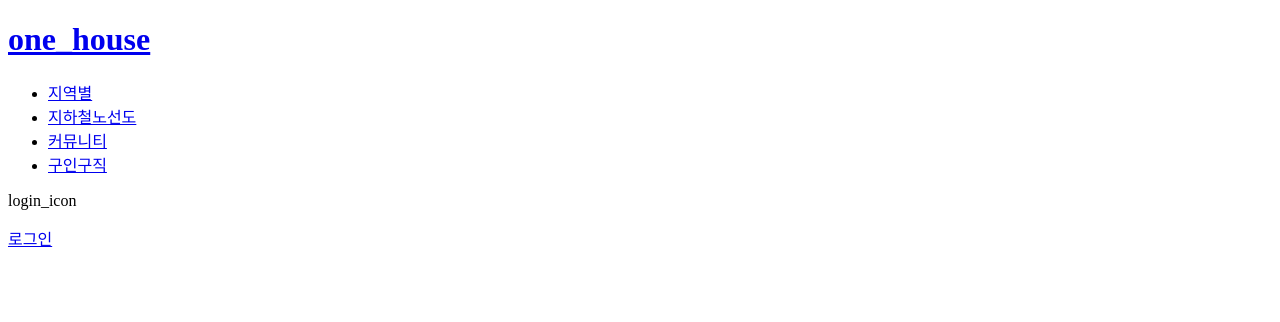
Repository: nayeon-3/one_house
Page: one_house/public/main/main.html
The author's editor kept a copy of each file at every save. The page is drawn from the files as they stood at one save, then again after the next save.
The browser window is 1280 px wide. The pictures show the whole page.

Above is the page before, as saved 2025-02-10 08:08:43.

After the next save:
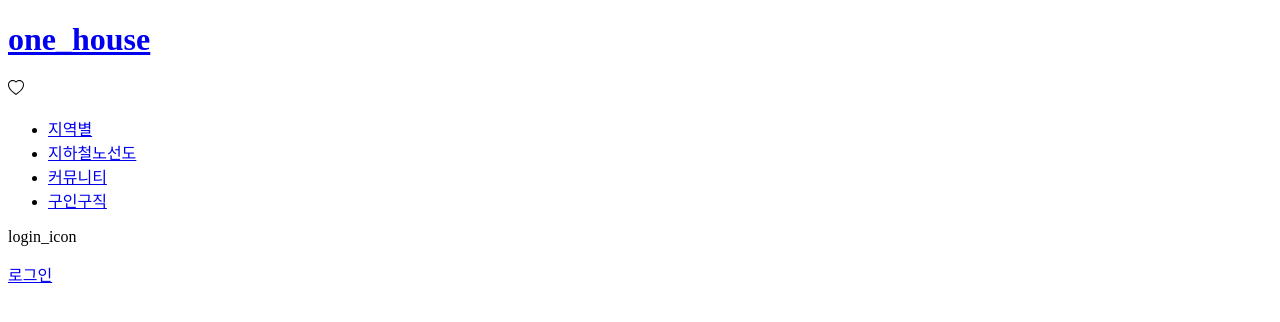
Saved 76 s later.
--- a/one_house/public/main/main.html
+++ b/one_house/public/main/main.html
@@ -7,11 +7,6 @@
 <link rel="stylesheet" href="main.css">
 <style type="text/css">
 /* Login 1 */
-
-
-<svg xmlns="http://www.w3.org/2000/svg" width="16" height="16" fill="currentColor" class="bi bi-heart" viewBox="0 0 16 16">
-  <path d="m8 2.748-.717-.737C5.6.281 2.514.878 1.4 3.053c-.523 1.023-.641 2.5.314 4.385.92 1.815 2.834 3.989 6.286 6.357 3.452-2.368 5.365-4.542 6.286-6.357.955-1.886.838-3.362.314-4.385C13.486.878 10.4.28 8.717 2.01zM8 15C-7.333 4.868 3.279-3.04 7.824 1.143q.09.083.176.171a3 3 0 0 1 .176-.17C12.72-3.042 23.333 4.867 8 15"/>
-</svg>
 
 
 
@@ -31,6 +26,9 @@
 			<div class="header_area box_inner clear">
 				<h1><a href="#">one_house</a></h1>      <!-- 로고: 왼쪽 배치 -->
 
+				<svg xmlns="http://www.w3.org/2000/svg" width="16" height="16" fill="currentColor" class="bi bi-heart" viewBox="0 0 16 16">
+  <path d="m8 2.748-.717-.737C5.6.281 2.514.878 1.4 3.053c-.523 1.023-.641 2.5.314 4.385.92 1.815 2.834 3.989 6.286 6.357 3.452-2.368 5.365-4.542 6.286-6.357.955-1.886.838-3.362.314-4.385C13.486.878 10.4.28 8.717 2.01zM8 15C-7.333 4.868 3.279-3.04 7.824 1.143q.09.083.176.171a3 3 0 0 1 .176-.17C12.72-3.042 23.333 4.867 8 15"/>
+</svg>
 				<nav>
 					<ul class="gnb clear">
 						<li><a href="#" class="menu1">지역별</a></li>
